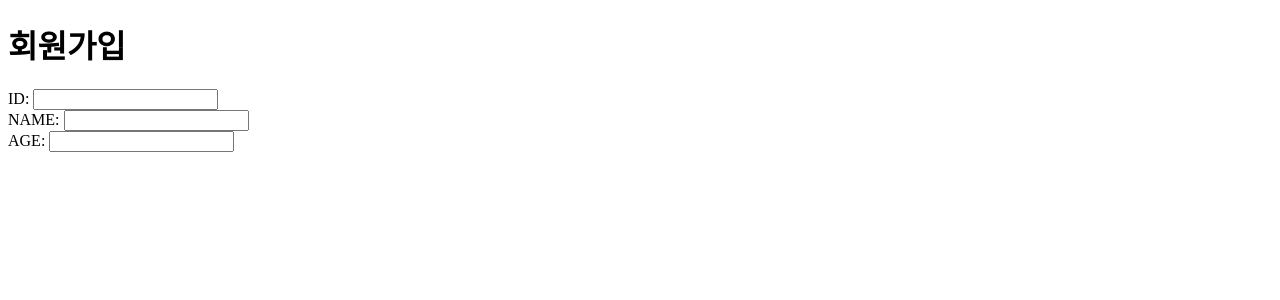
Repository: egniz/egniz
Page: Test0114/WebContent/insert.html
An editor plug-in stored every save of this project. The page is shown before and after the next save, followed by the edit.
The browser window is 1280 px wide. The pictures show the whole page.

Above is the page before, as saved 2020-01-14 01:25:39.

After the next save:
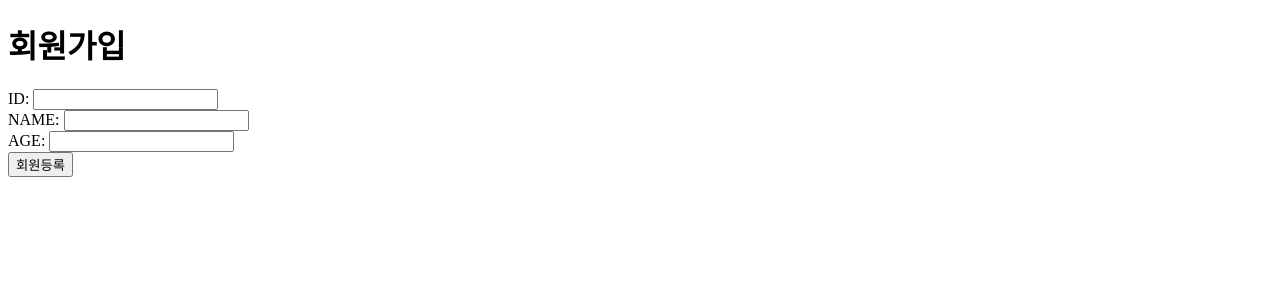
Saved 31 s later.
--- a/Test0114/WebContent/insert.html
+++ b/Test0114/WebContent/insert.html
@@ -15,6 +15,8 @@
 
 	<label for="age">AGE:</label>
 	<input name="age" id="age" type="number"><br>
+
+	<input type="submit" value ="회원등록">
 	</form>
 </body>
 </html>
